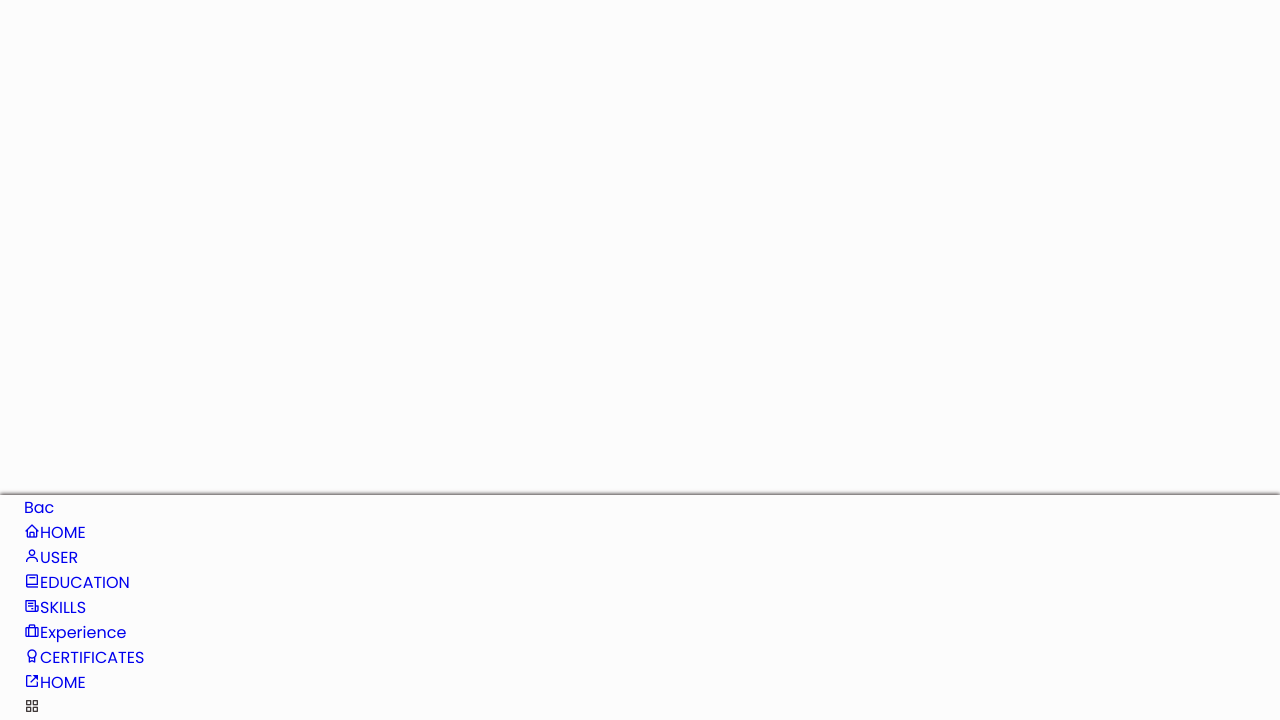
Repository: northpx/myCV
Page: index.html
The author's editor kept a copy of each file at every save. The page is drawn from the files as they stood at one save, then again after a run of saves.
The browser window is 1280 px wide. The pictures show the whole page.

Above is the page before, as saved 2023-02-23 09:49:46.

### index.html
<!DOCTYPE html>
<html lang="en">
<head>
    <meta charset="UTF-8">
    <meta http-equiv="X-UA-Compatible" content="IE=edge">
    <meta name="viewport" content="width=device-width, initial-scale=1.0">
    <link rel="stylesheet" href="./src/css/styles.css">
    <link rel="stylesheet" href="https://cdn.jsdelivr.net/npm/boxicons@latest/css/boxicons.min.css">
    <title>Pham Xuan Bac</title>
</head>
<body>
    <header class="l-header" id="header">
        <nav class="nav bd-container">
            <a href="#" class="nav__logo">Bac</a>
            <div class="nav__menu" id="nav__menu">
                <ul class="nav__list">
                    <li class="nav__item">
                        <a href="#home" class="nav__link">
                            <i class='bx bx-home' ></i>HOME
                        </a>
                    </li>
                    <li class="nav__item">
                        <a href="#profile" class="nav__link">
                            <i class='bx bx-user' ></i>USER
                        </a>
                    </li>
                    <li class="nav__item">
                        <a href="#education" class="nav__link">
                            <i class='bx bx-book' ></i>EDUCATION
                        </a>
                    </li>
                    <li class="nav__item">
                        <a href="#skills" class="nav__link">
                            <i class='bx bx-receipt' ></i>SKILLS
                        </a>
                    </li>
                    <li class="nav__item">
                        <a href="#experience" class="nav__link">
                            <i class='bx bx-briefcase-alt' ></i>Experience
                        </a>
                    </li>
                    <li class="nav__item">
                        <a href="#certificates" class="nav__link">
                            <i class='bx bx-award' ></i>CERTIFICATES
                        </a>
                    </li>

                    <li class="nav__item">
                        <a href="#references" class="nav__link">
                            <i class='bx bx-link-external' ></i>HOME
                        </a>
                    </li>
                </ul>
            </div>

            <div class="nav__toogle" id="nav-toogle">
                <i class="bx bx-grid-alt"></i>
            </div>
        </nav>
    </header>
    <main class="l-main bd-container">

    </main>
    <script src=""></script>
    <script src="src/js/scripts.js"></script>
</body>
</html>

### src/css/styles.css
@import url('https://fonts.googleapis.com/css2?family=Poppins:ital,wght@0,400;0,500;0,600;1,400;1,500;1,600&family=Roboto:ital,wght@0,100;0,300;0,400;0,500;0,700;0,900;1,100;1,300;1,400;1,500;1,700;1,900&display=swap');

:root{
    --header-height:3rem;
    --title-color:#0a0a0a;
    --text-color:#403a3a;
    --text-color-light:#707070;
    --container-color:#fafafa;
    --container-color-alt:#f0efef;
    --body-color:#fcfcfc;

    --body-font:'Poppins', sans-serif;
    --h1-font-size:1.5rem;
    --h2-font-size:1.25rem;
    --h3-font-size:1rem;
    --normal-font-size:.938rem;
    --small-font-size:.875rem;
    --smaller-font-size:.813rem;

    --font-medium:500;
    --font-semi-bold:600;

    --mb-1:.5rem;
    --mb-2:1rem;
    --mb-3:1.5rem;

    --z-tooltip:10;
    --z-fixed:100;
}

*, ::before, ::after{
    box-sizing: border-boxz;
}

html{
    scroll-behavior: smooth;
}

body{
    margin: 0 0 var(--header-height) 0;
    padding: 0;
    font-family: var(--body-font);
    background-color: var(--body-color);
    color: var(--text-color);
}

h1,h2,h3,ul,p{
    margin: 0;
}

h1,h2,h3{
    color: var(--title-color);
    font-weight: var(--font-medium);
}
ul{
    padding: 0;
    list-style: none;
}

a{
    text-decoration: none;
}
img{
    max-width: 100%;
    height: auto;
}

.section{
    padding: 1.5rem 0;
}

.section-title{
    font-size: var(--h2-font-size);
    color: var(--title-color);
    font-weight: var(--font-semi-bold);
    text-transform: uppercase;
    letter-spacing: .35rem;
    text-align: center;
    margin-bottom: var(--mb-3);
}

.bd-container{
    max-width: 968px;
    width: calc(100% - 3rem);
    margin-left: var(--mb-3);
    margin-right: var(--mb-3);
}

.bd-grid{
    display: grid;
    gap: 1.5rem;
}

.l-header{
    width: 100%;
    position: fixed;
    bottom: 0;
    left: 0;
    z-index: var(--z-fixed);
    background-color: var(--body-color);
    box-shadow: 0 -1px 4px ;
}

Loaded but not shown: src/js/scripts.js (no copy from this time; the picture is the same without it)

After the next 5 saves:
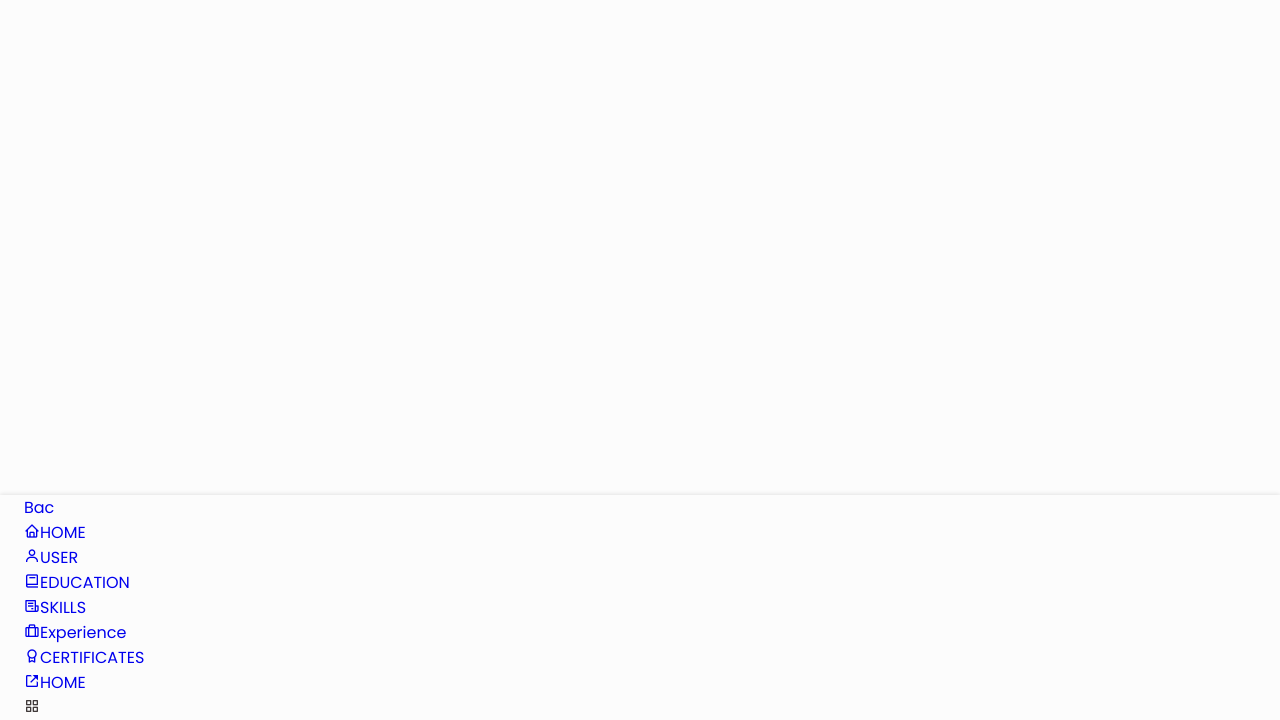
The 5 saves are shown as one change because they came seconds apart.
The last was saved 21 s later.
--- a/src/css/styles.css
+++ b/src/css/styles.css
@@ -98,5 +98,6 @@ img{
     left: 0;
     z-index: var(--z-fixed);
     background-color: var(--body-color);
-    box-shadow: 0 -1px 4px ;
+    box-shadow: 0 -1px 4px rgba(0, 0, 0, .1);
+    tra
 }
